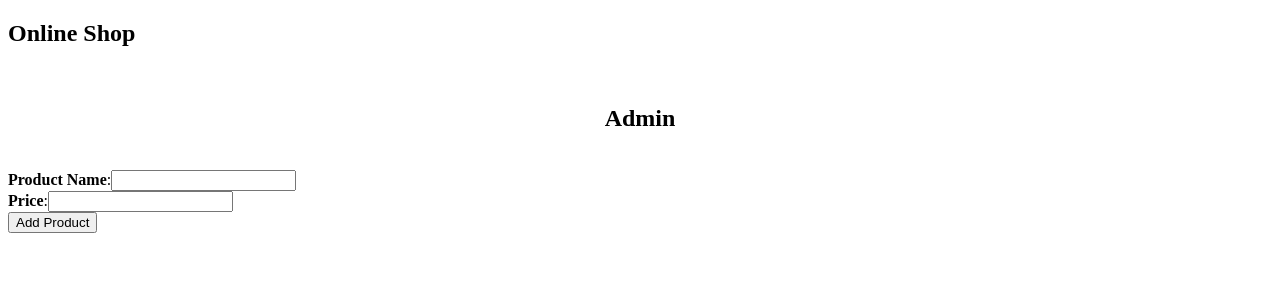
Repository: abdallahokasha/Servlets-and-JSP
Page: http://localhost/onlineShop/AddProduct.jsp
The author's editor kept a copy of each file at every save. The page is drawn from the files as they stood at one save, then again after the next save.
The browser window is 1280 px wide. The pictures show the whole page.
The page is served by Tomcat 9. Other server files are loaded and not shown.

Above is the page before, as saved 2016-09-06 17:00:13.

### onlineShop/WebContent/AddProduct.jsp
<%@ page language="java" contentType="text/html; charset=UTF-8"
    pageEncoding="UTF-8"%>
<!DOCTYPE html PUBLIC "-//W3C//DTD HTML 4.01 Transitional//EN" "http://www.w3.org/TR/html4/loose.dtd">
<html>
<head>
<meta http-equiv="Content-Type" content="text/html; charset=UTF-8">
<title>Insert title here</title>
</head>
<body>
<h2> Online Shop </h2><br>
<center>
<h2> Admin</h2><br>
</center>
<form action="AddProduct" method="post">
<strong>Product Name</strong>:<input type="text" name="Name"><br>
<strong>Price</strong>:<input type="text" name="Price"><br>
<input type="submit" value="Add Product"><br>
</form>
</body>
</html>

After the next save:
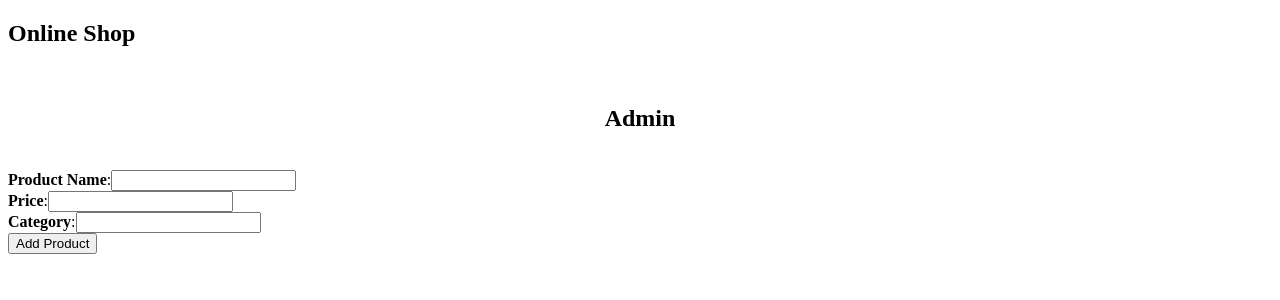
Saved 92 s later.
--- a/onlineShop/WebContent/AddProduct.jsp
+++ b/onlineShop/WebContent/AddProduct.jsp
@@ -14,6 +14,7 @@
 <form action="AddProduct" method="post">
 <strong>Product Name</strong>:<input type="text" name="Name"><br>
 <strong>Price</strong>:<input type="text" name="Price"><br>
+<strong>Category</strong>:<input type="text" name="Price"><br>
 <input type="submit" value="Add Product"><br>
 </form>
 </body>
